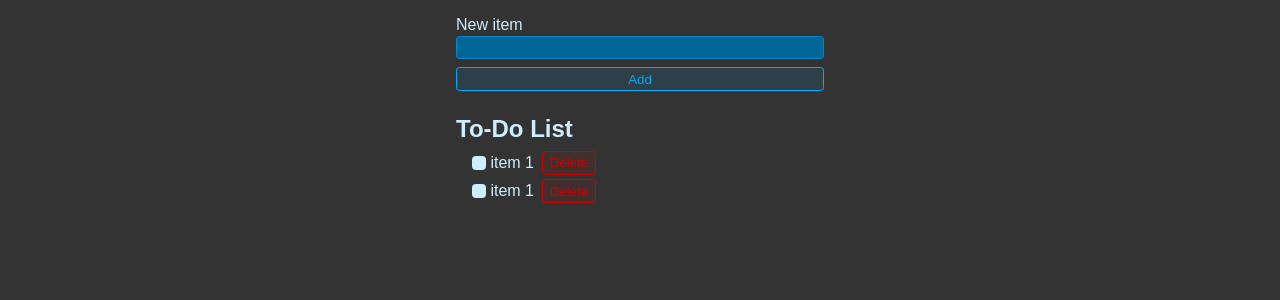
Repository: BellaMegasara/react_exercise_todolist
Page: / (app in react-to-do-list/)
The author's editor kept a copy of each file at every save. The page is drawn from the files as they stood at one save, then again after the next save.
The browser window is 1280 px wide. The pictures show the whole page.
The project was rebuilt for these pictures with package versions that can differ from the ones it lists, and the page was loaded fresh each time. Also part of the build but not shown: react-to-do-list/vite.config.js.

Above is the page before, as saved 2024-07-17 15:20:24.

### react-to-do-list/src/App.jsx
import "./styles.css"


export default function App() {
  return (
  <>
  <form className="new-item-form">
    <div className="form-row">
      <label>New item</label>
      <input type="text" id="item" />
    </div>
    <button className="btn">Add</button>
    </form>
    <h1 className="header">To-Do List</h1>
    <ul className="list">
      <li>
        <label>
          <input type="checkbox" />
          item 1
        </label>
        <button className="btn btn-danger">Delete</button>
      </li>
      <li>
        <label>
          <input type="checkbox" />
          item 1
        </label>
        <button className="btn btn-danger">Delete</button>
      </li>
    </ul>
    </>
    )
}

Loaded but not shown: react-to-do-list/index.html (common file); react-to-do-list/src/main.jsx (common file); react-to-do-list/src/styles.css (common file)

After the next save:
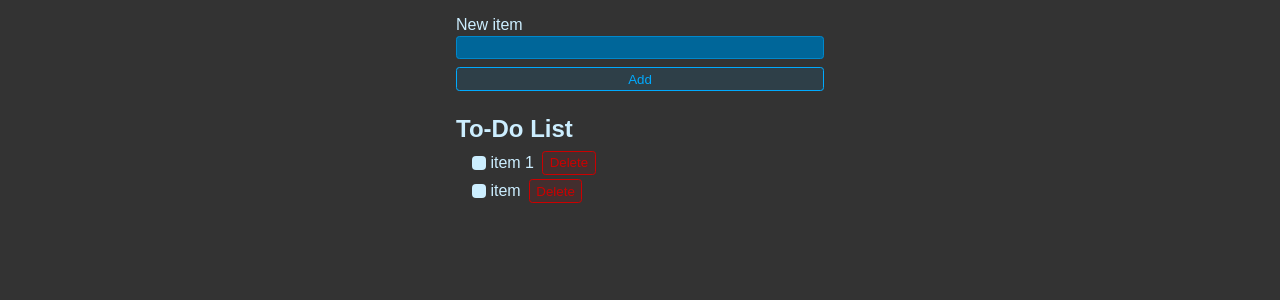
Saved 4 s later.
--- a/react-to-do-list/src/App.jsx
+++ b/react-to-do-list/src/App.jsx
@@ -23,7 +23,7 @@ export default function App() {
       <li>
         <label>
           <input type="checkbox" />
-          item 1
+          item
         </label>
         <button className="btn btn-danger">Delete</button>
       </li>
